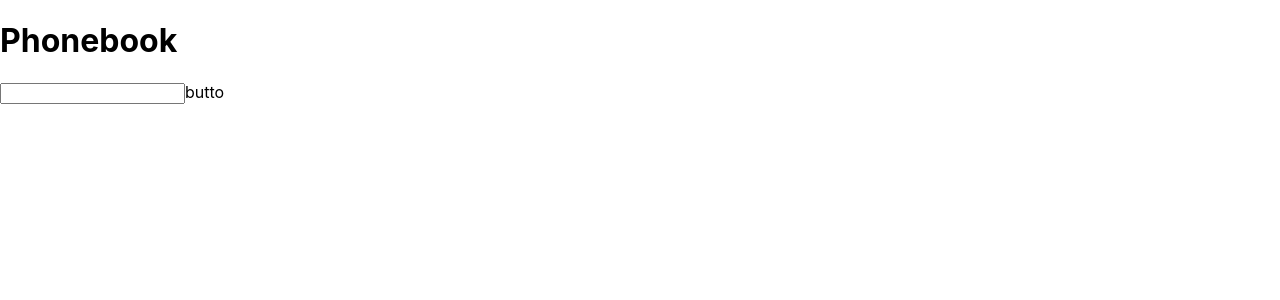
Repository: alexshlikhta/goit-react-hw-02-phonebook
Page: /
An editor plug-in stored every save of this project. The page is shown before and after a run of saves, followed by the edit.
The browser window is 1280 px wide. The pictures show the whole page.
The project was rebuilt for these pictures with package versions that can differ from the ones it lists, and the page was loaded fresh each time. Also part of the build but not shown: src/App.css.

Above is the page before, as saved 2021-12-07 21:31:07.

After the next 2 saves:
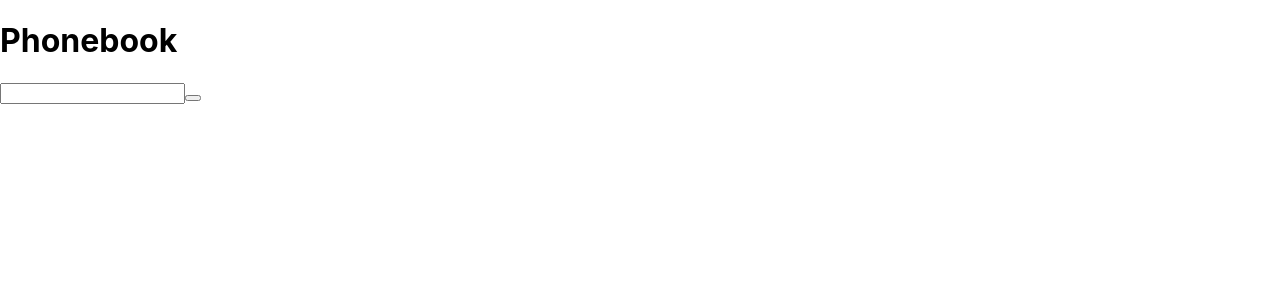
The 2 saves are shown as one change because they came seconds apart.
The last was saved 7 s later.
--- a/src/App.js
+++ b/src/App.js
@@ -28,7 +28,7 @@ export default class App extends Component {
 						onChange={this.handleChange}
           />
 
-          butto
+          <button type></button>
 				</form>
 			</>
 		);
